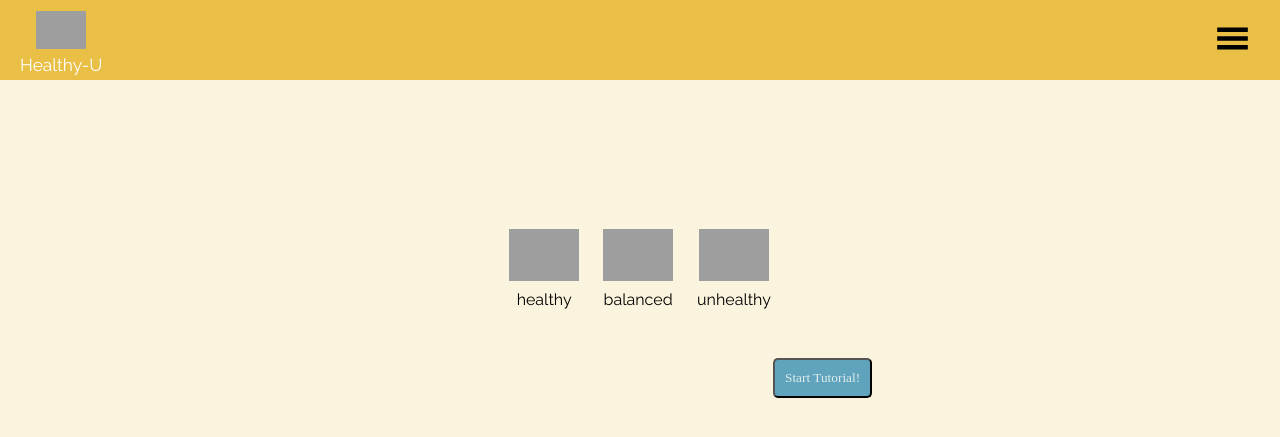
Repository: smashy09/healthy-share
Page: /InformationPage
These files come from the project's save history. The page is drawn as it stood at one moment and after the next save; the edit follows.
The browser window is 1280 px wide. The pictures show the whole page.
Pictures or frames that could not be fetched are drawn as grey boxes. The project was rebuilt for these pictures with package versions that can differ from the ones it lists, and the page was loaded fresh each time. The framework's server and built-in components were replaced by stand-ins that run in the browser. Also part of the build but not shown: next.config.js.

Above is the page before, as saved 2020-05-14 21:10:53.

### pages/_app.js
// import App from 'next/app'
import './app.css';

function MyApp({ Component, pageProps }) {
    return <Component {...pageProps} />
  }

  // Only uncomment this method if you have blocking data requirements for
  // every single page in your application. This disables the ability to
  // perform automatic static optimization, causing every page in your app to
  // be server-side rendered.
  //
  // MyApp.getInitialProps = async (appContext) => {
  //   // calls page's `getInitialProps` and fills `appProps.pageProps`
  //   const appProps = await App.getInitialProps(appContext);
  //
  //   return { ...appProps }
  // }

  export default MyApp

### pages/_document.js
import Document, { Html, Head, Main, NextScript } from 'next/document'


class MyDocument extends Document {
  static async getInitialProps(ctx) {
    const initialProps = await Document.getInitialProps(ctx)
    return { ...initialProps }
  }

  render() {
    return (
      <Html>
        <Head />
        <body>
        <link href="https://fonts.googleapis.com/css2?family=Raleway&display=swap" rel="stylesheet"></link>
          <Main />
          <NextScript />
        </body>
      </Html>
    )
  }
}

export default MyDocument

### pages/InformationPage/index.js
import Router from 'next/router';
import React from 'react';
import './info.css';
import Header from '../../comps/Header';
import CustomText from '../../comps/CustomText';
import CustomButton from '../../comps/CustomButton';

//Info Page


function NextPage(){
    Router.push("/AnimationPage1");
}
//homePage
const healthyImg = require('./healthyicon.png');
const balancedImg = require('./balancedicon.png');
const unhealthyImg = require('./unhealthyicon.png');

const InformationPage = ({backgroundColor, healthytxt, balancedtxt, unhealthytxt, healthyImg, balancedImg, unhealthyImg}) => <div
style={{backgroundColor:backgroundColor}}

  id="All_info_page">
    <Header/>
    <CustomText fontSize={22}  text="Welcome to Healthy-U!"/>
    <CustomText fontSize={18}  text="Health-U goal is to help you be more aware of
your lifestyle by gathering information based on
your answers for the survey!"/>
 <CustomText fontSize={22} text="How to Use!"/>
 <CustomText fontSize={18} text="Whenever you're ready just click start survey.
There will be 3 questions
Pick the answer that represents you the closest."/>
  <div className="card_answers">
        <div className="options">
            <img src={healthyImg} />
            {healthytxt}
        </div>

        <div className="options">
           <img src={balancedImg} />
            {balancedtxt}
         </div>

        <div className="options">
           <img src={unhealthyImg} />
            {unhealthytxt}
        </div>
    </div>
<CustomText fontSize={18} text="After answering you will be given results
filled with info on how to become a better U! "/>
<div className="info_button">
<CustomButton className="R_button" text="Start Tutorial!" onClick={NextPage}/>
</div>
</div>

InformationPage.defaultProps = {
    place:"New Button",
    color:"#000",
    healthytxt:"healthy",
    balancedtxt:"balanced",
    unhealthytxt:"unhealthy",
    healthyImg:healthyImg,
    balancedImg:balancedImg,
    unhealthyImg:unhealthyImg,
}
export default InformationPage;

### pages/app.css
*{
    font-family: 'Raleway', sans-serif;
}

### pages/InformationPage/info.css
body {
    background-color: #FAF3DD;
}

.All_info_page{
    text-align: center;

}
.All_info_page p{
 margin-bottom: 2px;
}

.card_answers{
    display: flex;
    justify-content: center;
    align-items: center;
}

.options{
    display: inline-flex;
    flex-direction: column;
    align-items: center;
    /* border: solid 1px gray; */
    border-radius: 25px;
    margin: 10px;
    padding: 2px;

}

.options img{
    width: 70px;
    height: 70px;
    object-fit: contain;
}

.info_button{
    position: absolute;
    left: 60%;
}

### comps/Header/index.js
import React from 'react';
import Link from 'next/link';
import './header.css'
import {GiHamburgerMenu} from 'react-icons/gi';


const logoImg = require('./logo.png');

const Header = ({ text, color, fontSize, text1, text2, text3,text4, lineHeight}) => <div>
    <div className="HeaderContainer">
        <div className="HeaderLogo" style={{color, fontSize}} > <Link href="/HomePage"><img src={logoImg}/></Link><div>{text}</div></div>
        <div className="HamburgerMenu" onClick={MenuToggle}><GiHamburgerMenu size="35" /></div>
        <div className="HamburgermenuContainer" style={{fontSize, lineHeight}}>
        <Link href="/InformationPage"><div className="HamburgerItem">{text4}</div></Link>
            <Link href="/AnimationPage1"><div className="HamburgerItem">{text1}</div></Link>
            <Link href="/Survey1"><div className="HamburgerItem">{text2}</div></Link>
            <Link href="/ResultPage"><div className="HamburgerItem">{text3}</div></Link>
        </div>
    </div>
</div>

Header.defaultProps = {
    text: "Healthy-U",
    color: "#fff",
    fontSize: "13pt",
    text1: "Tutorial",
    text2: "Survey",
    text3: "Result",
    text4: "Information",
    lineHeight: "2em"
}


var menuState = false;
function MenuToggle() {
    if (menuState === true) {
        document.querySelector(".HamburgermenuContainer").style.display = "none";
        menuState = false;

    } else {
        document.querySelector(".HamburgermenuContainer").style.display = "block";
        menuState = true;
    }
}

export default Header;

### comps/CustomText/index.js
import React from 'react';
import './text.css';


//text

const CustomText = () => <div className="custom_text_box">
<p className="custom_text"></p>
</div>

CustomText.defaultProps = {
    color:"#3A3D42",
    text:"Hello There!",
    fontSize:"10px"
}

export default CustomText;

### comps/CustomButton/index.js
import React from 'react';
import './button.css';

//madec the UI

const CustomButton = ({text, backgroundColor, color, onClick}) => <div className="custom_button_box">
<button className="custom_button" style={{backgroundColor:backgroundColor, color:color}} onClick={onClick} > {text} </button>
</div>

function ButtonClick() {
    alert("clicked")
}

CustomButton.defaultProps = {
    backgroundColor:"#60a3bc",
    color:"#DEEDEC",
    text:"Start Survey",
    onClick:ButtonClick
}
export default CustomButton;

### comps/Header/header.css
body, html{
    margin:0;
}

.HeaderContainer {
    width: 100%;
    height: 80px;
    background-color:#E9BF46;
    display: inline-flex;
    align-items: center;
}

.HeaderLogo:hover {
    opacity: 0.7;
}

.HeaderLogo:hover {
    opacity: 0.7;
}

.HamburgerMenu {
    position: absolute;
    right: 30px;
}

.HamburgerMenu:hover{
    color: white;
}

.HeaderLogo {
    padding-left: 20px;
    display: inline-flex;
    flex-direction: column;
    align-items: center;
    justify-content: center;
}

.HeaderLogo img{
    width: 50px;
    height: 50px;
    object-fit: contain;

}

.HamburgermenuContainer {
    margin: 20px;
    width: 120px;
    background-color: #D9ECF0;
    border-radius: 7%;
    text-align: center;
    padding: 15px;
    position: absolute;
    right: 0;
    top: 35px;
    display: none;
    z-index: 1;
}

.HamburgermenuContainer:hover {
    opacity: 0.8;
}


.HamburgerItem:hover {
    color: rgb(214, 129, 157);
    cursor: pointer;
}

### comps/CustomText/text.css
.custom_text_box{
    font-family: 'Spectral', serif;
    display: flex;
    justify-content: center;
    }

### comps/CustomButton/button.css
.custom_button {
    display: flex;
    border-radius: 5px;
    padding: 10px;
    font-family: 'Spectral', serif;
    cursor: pointer;
    margin: 5px;
    box-shadow: pink 10px;
    }

After the next save:
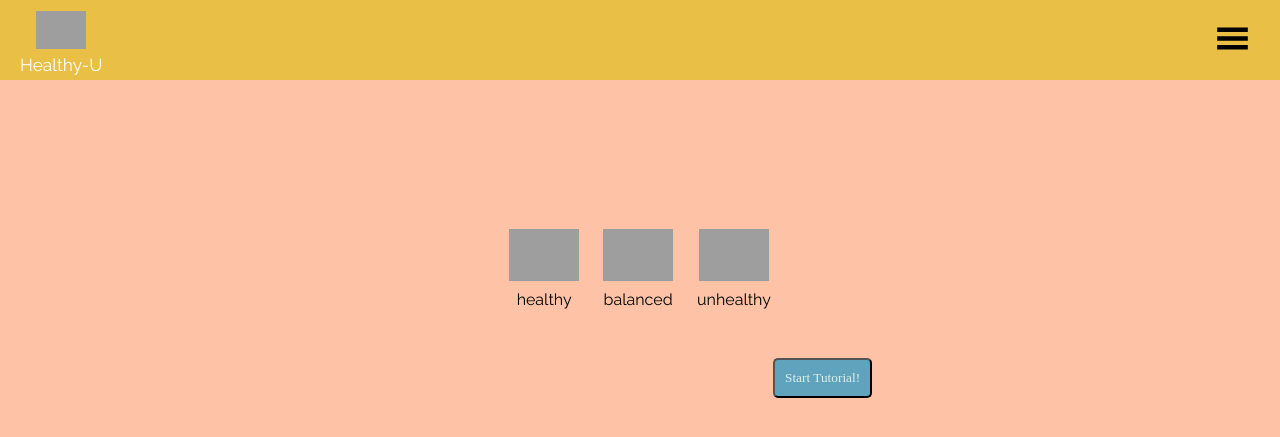
Saved 6 min 16 s later.
--- a/pages/InformationPage/info.css
+++ b/pages/InformationPage/info.css
@@ -1,5 +1,5 @@
 body {
-    background-color: #FAF3DD;
+    background-color: #fec3a6;
 }
 
 .All_info_page{
